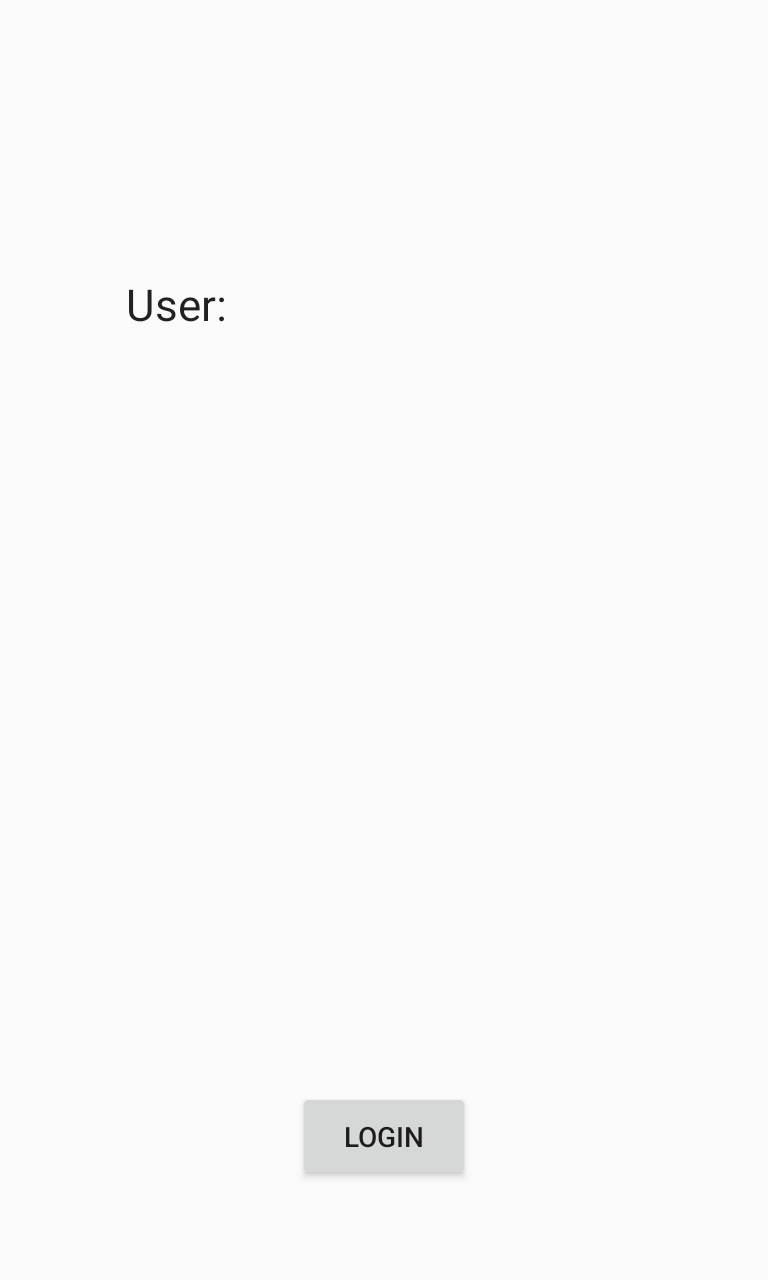
Repository: Y-GO/YGO_Parking_Project_Client
Layout: Ygo_Parking_Project/res/layout/activity_login.xml
These files come from the project's save history. The layout is drawn as it stood at one moment and after the next save; the edit follows.
It is drawn on a 768 x 1280 px phone screen (xhdpi) without system bars, with theme AppTheme; the app's code is not run.

Above is the layout before, as saved 2014-07-27 15:22:32.

After the next save:
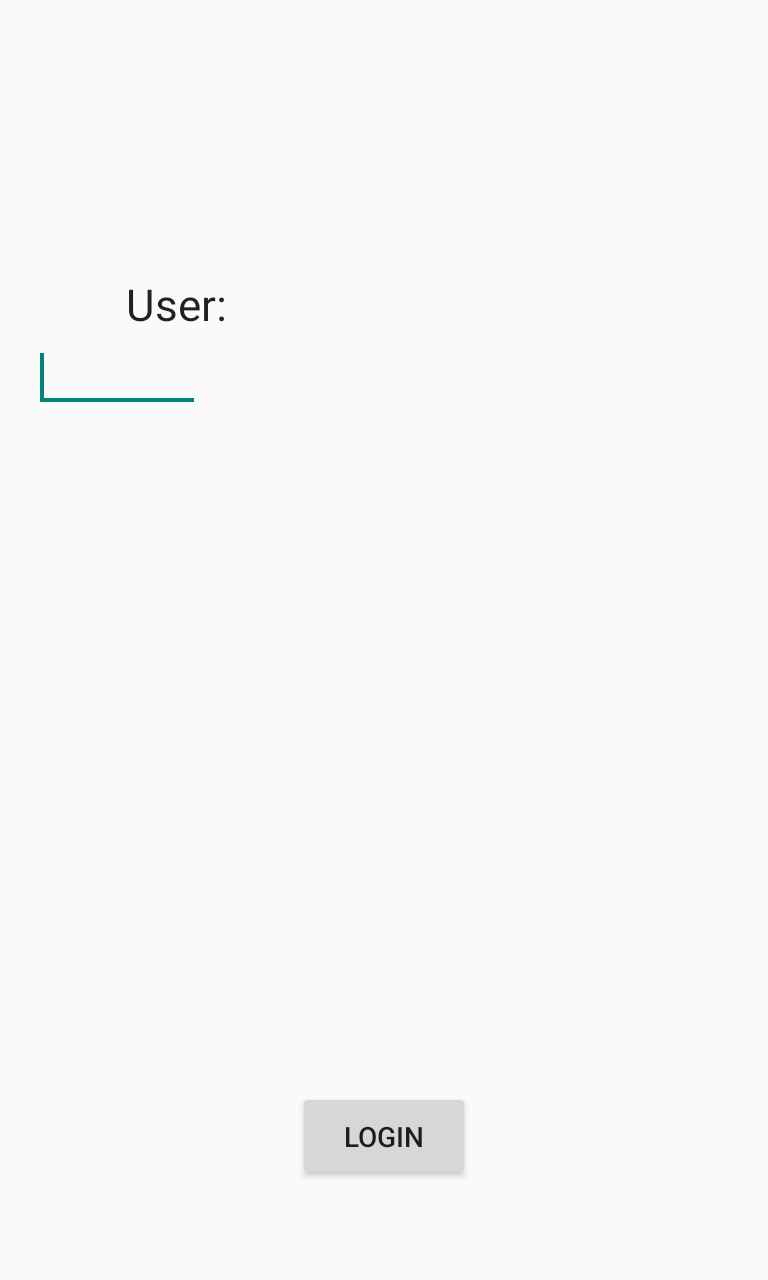
Saved 32 s later.
--- a/Ygo_Parking_Project/res/layout/activity_login.xml
+++ b/Ygo_Parking_Project/res/layout/activity_login.xml
@@ -28,4 +28,16 @@
         android:text="@string/user_"
         android:textAppearance="?android:attr/textAppearanceLarge" />
 
+    <EditText
+        android:id="@+id/editText1"
+        android:layout_width="wrap_content"
+        android:layout_height="wrap_content"
+        android:layout_below="@+id/textView1"
+        android:layout_marginRight="47dp"
+        android:layout_toLeftOf="@+id/button1"
+        android:ems="10" android:inputType="textPersonName">
+
+        <requestFocus />
+    </EditText>
+
 </RelativeLayout>
